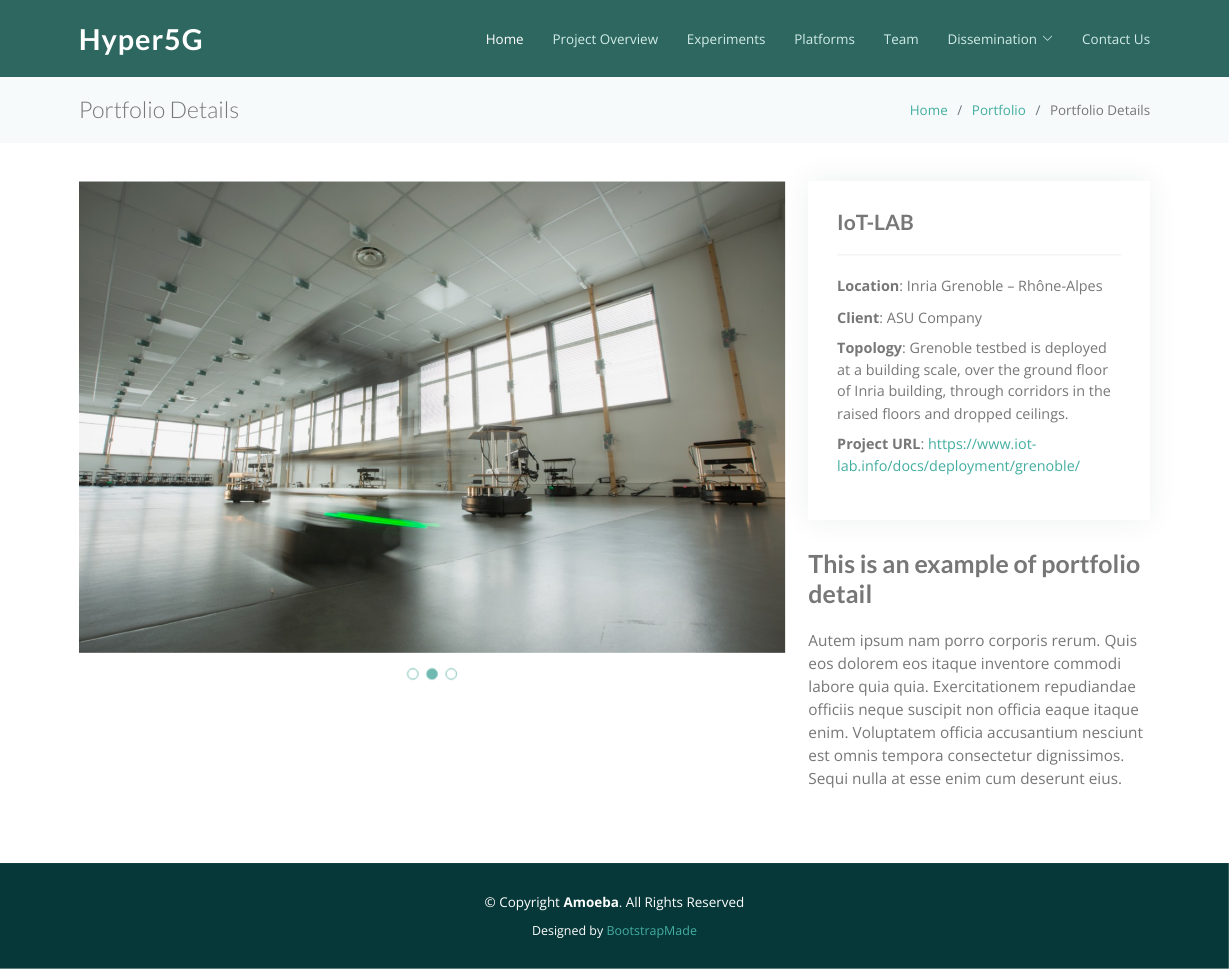
Repository: hakiri/Hyper5G
Page: portfolio-details.html
These files come from the project's save history. The page is drawn as it stood at one moment and after a run of saves; the edit follows.
The browser window is 1280 px wide. The pictures show the whole page, at 96% of full size.

Above is the page before, as saved 2022-07-23 15:27:59.

After the next 2 saves:
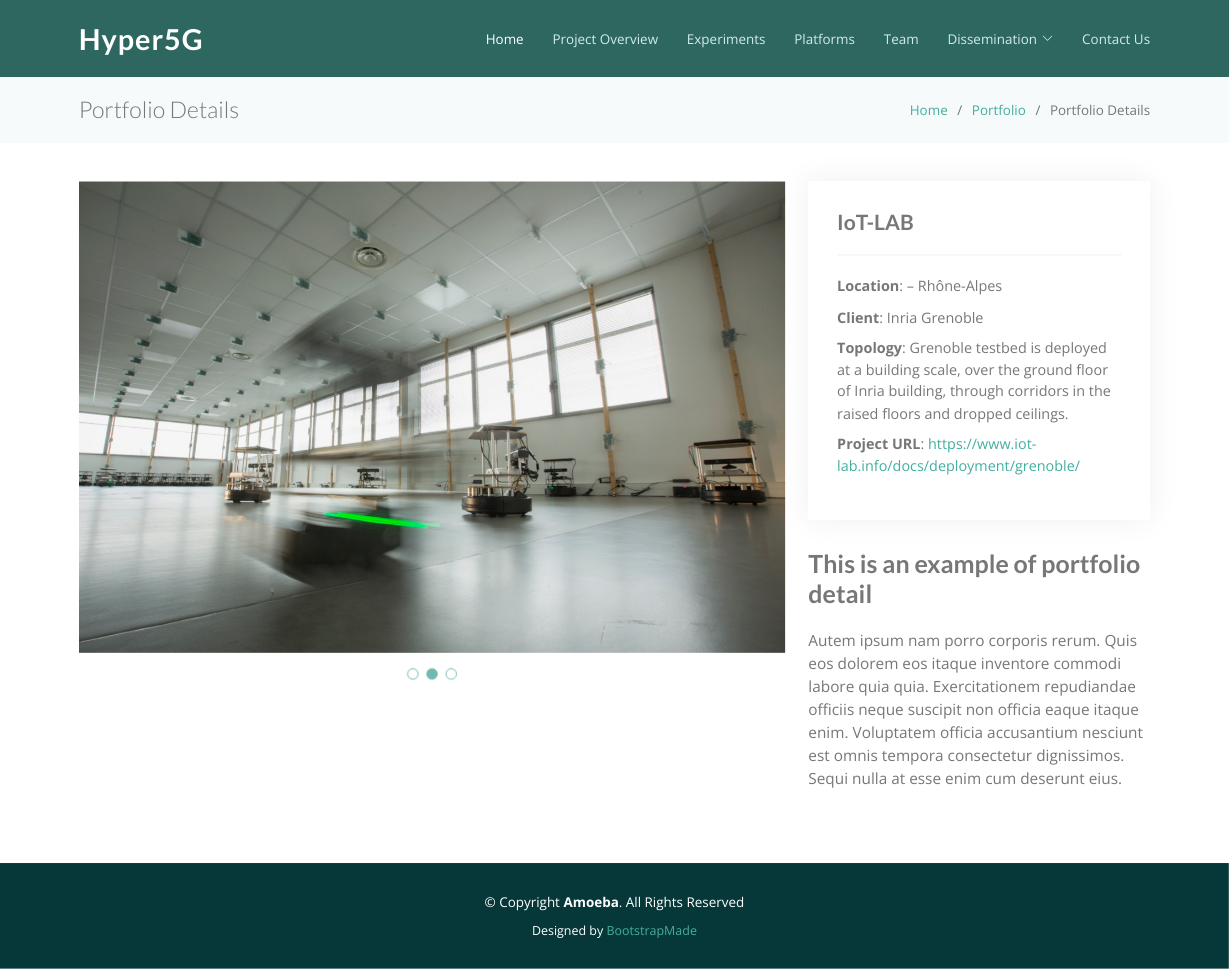
The 2 saves are shown as one change because they came seconds apart.
The last was saved 17 s later.
--- a/portfolio-details.html
+++ b/portfolio-details.html
@@ -129,8 +129,8 @@
                         <div class="portfolio-info">
                             <h3>IoT-LAB</h3>
                             <ul>
-                                <li><strong>Location</strong>: Inria Grenoble – Rhône-Alpes</li>
-                                <li><strong>Client</strong>: ASU Company</li>
+                                <li><strong>Location</strong>: – Rhône-Alpes</li>
+                                <li><strong>Client</strong>: Inria Grenoble</li>
                                 <li><strong>Topology</strong>: Grenoble testbed is deployed at a building scale, over the ground floor of Inria building, through corridors in the raised floors and dropped ceilings.
                                 </li>
                                 <li><strong>Project URL</strong>: <a href="#">https://www.iot-lab.info/docs/deployment/grenoble/</a></li>
